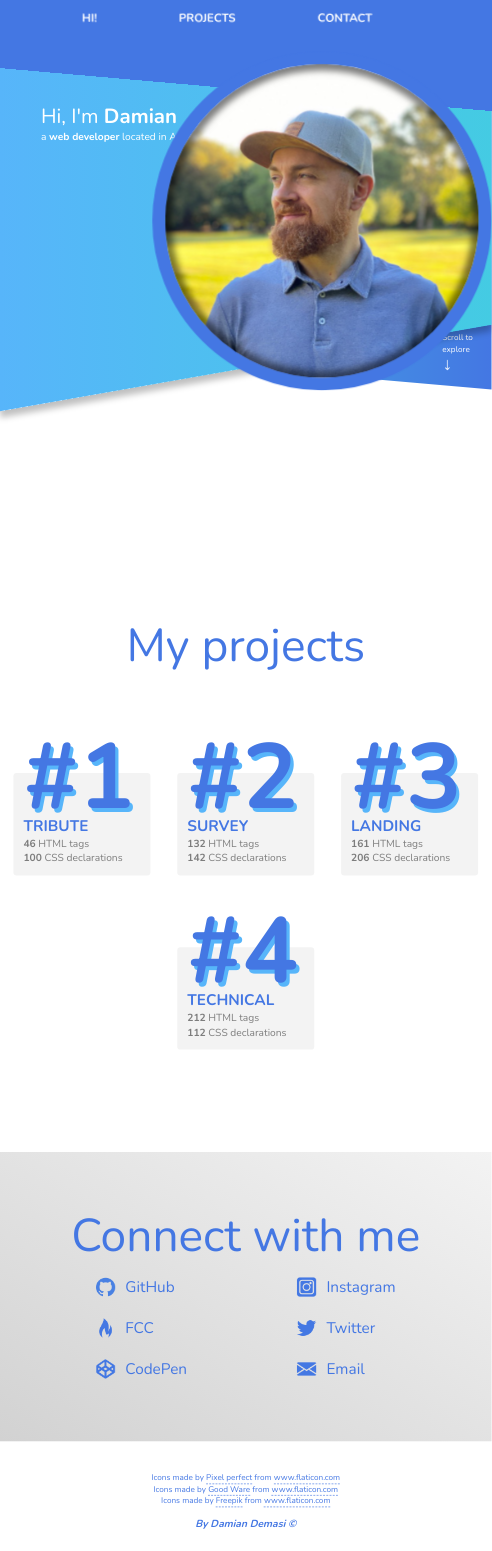
Repository: Colo-Codes/freecodecamp-05-Personal-Portfolio-Webpage
Page: index.html
The author's editor kept a copy of each file at every save. The page is drawn from the files as they stood at one save, then again after the next save.
The browser window is 768 px wide. The pictures show the whole page, at 64% of full size.

Above is the page before, as saved 2021-06-04 08:31:12.

### index.html
<!DOCTYPE html>
<html lang="en">

<head>
    <meta charset="UTF-8">
    <meta http-equiv="X-UA-Compatible" content="IE=edge">
    <meta name="viewport" content="width=device-width, initial-scale=1.0">
    <link rel="preconnect" href="https://fonts.gstatic.com">
    <link href="https://fonts.googleapis.com/css2?family=Nunito:wght@300;400;700&display=swap" rel="stylesheet">
    <link rel="stylesheet" href="./css/index.css">
    <title>Personal Portfolio Webpage</title>
</head>

<body>
    <header>
        <navbar id="navbar">
            <div id="navbar-container">
                <ul id="navbar-flex-container">
                    <li class="navbar-flex-item"><a href="#welcome-section">Hi!</a></li>
                    <li class="navbar-flex-item"><a href="#projects">Projects</a></li>
                    <li class="navbar-flex-item"><a href="#contact">Contact</a></li>
                </ul>
            </div>
        </navbar>
    </header>

    <section id="welcome-section">
        <div id="welcome-section-container">
            <div id="hero-img" role="img"
                aria-label="Damian's profile picture: he has a hat, beard, and he is looking left while standing on a green field.">
            </div>
            <div id="hero-text-container">
                <h1>Hi, I'm <strong>Damian</strong></h1>
                <p>a <strong>web developer</strong> located in Australia</p>
            </div>
        </div>
        <div id="top-layer"></div>
        <div id="bottom-layer">
            <div id="scroll-to-explore">
                <p>Scroll to explore</p>
                <img src="./img/down-arrow.png" alt="Arrow pointing down." height="40px">
            </div>
        </div>
    </section>

    <section id="projects">
        <h2>My projects</h2>
        <div id="project-card-flex-container">

            <div class="project-card">
                <div class="project-card-bg">
                    <div class="project-tile">
                        <a href="https://darthcolo.github.io/freecodecamp-01-Build-a-Tribute-Page/" target="_blank">
                            <h3>#1</h3>
                            <h4>Tribute</h4>
                        </a>
                    </div>
                    <div class="project-descr">
                        <p><strong>46</strong> HTML tags</p>
                        <p><strong>100</strong> CSS declarations</p>
                    </div>
                </div>
            </div>

            <div class="project-card">
                <div class="project-card-bg">
                    <div class="project-tile">
                        <a href="https://darthcolo.github.io/freecodecamp-02-Build-a-Survey-Form/" target="_blank">
                            <h3>#2</h3>
                            <h4>Survey</h4>
                        </a>
                    </div>
                    <div class="project-descr">
                        <p><strong>132</strong> HTML tags</p>
                        <p><strong>142</strong> CSS declarations</p>
                    </div>
                </div>
            </div>

            <div class="project-card">
                <div class="project-card-bg">
                    <div class="project-tile">
                        <a href="https://darthcolo.github.io/freecodecamp-03-Product-Landing-Page/" target="_blank">
                            <h3>#3</h3>
                            <h4>Landing</h4>
                        </a>
                    </div>
                    <div class="project-descr">
                        <p><strong>161</strong> HTML tags</p>
                        <p><strong>206</strong> CSS declarations</p>
                    </div>
                </div>
            </div>

            <div class="project-card">
                <div class="project-card-bg">
                    <div class="project-tile">
                        <a href="https://darthcolo.github.io/freecodecamp-04-Technical-Documentation-Page/" target="_blank">
                            <h3>#4</h3>
                            <h4>Technical</h4>
                        </a>
                    </div>
                    <div class="project-descr">
                        <p><strong>212</strong> HTML tags</p>
                        <p><strong>112</strong> CSS declarations</p>
                    </div>
                </div>
            </div>

        </div>
    </section>

    <section id="contact">
        <h2>Connect with me</h2>
        <div id="contact-networks">
            <div class="contact-networks-col">
                <a href="https://github.com/Darthcolo" id="profile-link" target="_blank"><img src="./img/github.png"
                        width="30px"><span>GitHub</span></a>
                <a href="https://www.freecodecamp.org/darthcolo" id="profile-link-fcc" target="_blank"><img src="./img/fire.png"
                        width="30px"><span>FCC</span></a>
                <a href="https://codepen.io/Darthcolo" id="profile-link-codepen" target="_blank"><img src="./img/3d-outlined-shape.png"
                        width="30px"><span>CodePen</span></a>
            </div>
            <div class="contact-networks-col">
                <a href="https://www.instagram.com/colo.codes/" id="profile-link-instagram" target="_blank"><img src="./img/instagram.png"
                        width="30px"><span>Instagram</span></a>
                <a href="https://twitter.com/DamianDemasi" id="profile-link-twitter" target="_blank"><img src="./img/twitter.png"
                        width="30px"><span>Twitter</span></a>
                <a href="mailto:damian.demasi.1@gmail.com" id="profile-link-email" target="_blank"><img
                        src="./img/email.png" width="30px"><span>Email</span></a>
            </div>
        </div>
    </section>

    <footer>
        <div>Icons made by <a href="https://www.flaticon.com/authors/pixel-perfect" title="Pixel perfect" target="_blank">Pixel
                perfect</a> from <a href="https://www.flaticon.com/" title="Flaticon" target="_blank">www.flaticon.com</a></div>
        <div>Icons made by <a href="https://www.flaticon.com/authors/good-ware" title="Good Ware" target="_blank">Good Ware</a> from <a
                href="https://www.flaticon.com/" title="Flaticon" target="_blank">www.flaticon.com</a></div>
        <div>Icons made by <a href="https://www.freepik.com" title="Freepik" target="_blank">Freepik</a> from <a
                href="https://www.flaticon.com/" title="Flaticon" target="_blank">www.flaticon.com</a></div>
        <p>By Damian Demasi &copy;</p>
    </footer>
</body>

</html>

### css/index.css
/* @media */

/* The height of the welcome section should be equal to the height of the viewport. */

/* The navbar should always be at the top of the viewport. */

/* Border-box and font-size */
html {
    box-sizing: border-box;
    font-size: 16px;
}
body {
    font-family: 'Nunito', sans-serif;
}

/* Reset margins and set global values */

*, *::before, *::after {
    box-sizing: inherit;
    margin: 0;
    padding: 0;
}

a:link {
    text-decoration: none;
}

/* Navbar */

#navbar {
    display: block;
    background-color: #4477E3;
    /* 1rem = 16px -> 18.75rem = 300px */
    height: 18.75rem;
    width: 100%;
    transform: skewY(5deg) translateY(-10rem);
    position: fixed;
    z-index: 4;

}
#navbar-container {
    max-width: 90rem;
    margin: auto;

}

#navbar-flex-container {
    display: flex;
    /* align-items: center; */
    /* justify-content: space-around; */
    height: 100%;
    transform: skewY(-5deg) translateY(5rem);
    z-index: 4;
}
.navbar-flex-item {
    list-style: none;
    margin: 6rem 0 0 8rem;
    font-style: normal;
    font-weight: bold;
    font-size: 1.125rem;
    text-transform: uppercase;
    color: white;

}

#navbar a:link, #navbar a:visited {
    color: white;
}

#navbar a:hover, #navbar a:active, #navbar a:focus {
    border-bottom: 1px dashed white;
}

/* Hero */

#welcome-section {
    height: 200vh;
}

#welcome-section-container {
    /* 1440px = 90rem */
    max-width: 90rem;
    height: 40rem;
    margin: auto;
    position: relative;
}

#hero-text-container h1 {
    padding-top: 17rem;
    margin-left: 8rem;
    font-size: 4.5rem;
    font-weight: 300;
    color: white;
}

#hero-text-container > p {
    margin-left: 8rem;
    font-size: 2.25rem;
    color: white;
    font-weight: 300;
}

#hero-text-container {
    position: relative;
    z-index: 3;
}

@media screen and (max-width: 1350px) {
    #hero-text-container h1 {
        padding-top: 15rem;
        margin-left: 6rem;
        font-size: 3.5rem;
    }

    #hero-text-container > p {
        margin-left: 6rem;
        font-size: 2rem;
    }

}

@media screen and (max-width: 1050px) {
    #hero-text-container h1 {
        padding-top: 10rem;
        margin-left: 5rem;
        font-size: 2.5rem;
    }

    #hero-text-container > p {
        margin-left: 5rem;
        font-size: 1.5rem;
    }
}

@media screen and (max-width: 850px) {
    #hero-text-container h1 {
        padding-top: 10rem;
        margin-left: 4rem;
        font-size: 2rem;
    }

    #hero-text-container > p {
        margin-left: 4rem;
        font-size: 1rem;
    }
}

#hero-img {
    top: 5rem;
    right: 0rem;
    border-radius: 50%;
    width: 33.125rem;
    height: 33.125rem;
    border: 20px solid #4477E3;
    background: url(../img/6D5BF231-2A3E-4029-9EFE-9C82AF0D506F_1_105_c.jpeg);
    background-position: center;
    background-size: contain;
    background-repeat: no-repeat;
    box-shadow: inset 0px 0px 10px 10px rgba(0, 0, 0, 0.5);
    position: absolute;
    z-index: 5;
}

#top-layer {
    background: #57B5FA; /* fallback for old browsers */
    background: -webkit-linear-gradient(to left, #44CBE3, #57B5FA);  /* Chrome 10-25, Safari 5.1-6 */
    background: linear-gradient(to left, #44CBE3, #57B5FA); /* W3C, IE 10+/ Edge, Firefox 16+, Chrome 26+, Opera 12+, Safari 7+ */
    /* 1rem = 16px -> 60.31rem = 865px + 100px */
    /* height: 60.31rem; */
    height: 100vh;
    width: 100%;
    transform: skewY(-10deg) translateY( -54.06rem );
    box-shadow: 0px 10px 10px rgba(0, 0, 0, 0.25);
    position: relative;
    z-index: 2;

}

#bottom-layer {
    background: #4477E3; /* fallback for old browsers */
    background: -webkit-linear-gradient(to right, #44CBE3, #4477E3);  /* Chrome 10-25, Safari 5.1-6 */
    background: linear-gradient(to right, #44CBE3, #4477E3); /* W3C, IE 10+/ Edge, Firefox 16+, Chrome 26+, Opera 12+, Safari 7+ */
    /* 1rem = 16px -> 54.06rem = 865px */
    height: 54.06rem;
    width: 100%;
    transform: skewY(5deg) translateY(-108.12rem); /* 54.06 * 2 */
    position: relative;
    z-index: 1;

}

#scroll-to-explore {
    position: relative;
    top: 90%;
    margin-left: 90%;
    transform: skewY(-5deg);

}

#scroll-to-explore > p {
    font-size: .8rem;
    color: white;
    font-weight: 300;

}

#scroll-to-explore > img {
    margin-top: .5rem;
    filter: invert(1);
    height: 1rem;
}

/* Projects */

#projects {
    max-width: 62.72rem;
    margin: -100vh auto 0;
    padding-top: 10rem;
}

#project-card-flex-container {
    display: flex;
    justify-content: space-around;
    flex-wrap: wrap;
}

#projects h2 {
    color: #4477E3;
    font-size: 4.5rem;
    font-weight: 300;
    text-align: center;
    margin-bottom: 3.375rem;
}

.project-card {
    display: block;
    width: 13.43rem;
    height: 15rem;
    transition: .3s;
    margin: 1rem;

}

.project-card:hover {
    background: #F3F3F3;
    background-color: #F3F3F3;
    box-shadow: 0px 10px 30px 3px rgba(0, 0, 0, 0.25);
    border-radius: 5px;
    transition: linear;
    transition: .3s;
}

.project-card-bg {
    margin-top: 5rem;
    height: 10rem;
    background-color: #F3F3F3;
    border-radius: 5px;
    position: relative;
}

.project-card-bg div {
    margin-left: 1rem;
}

.project-tile {
    position: relative;
    top: -4rem;
}

.project-descr {
    position: relative;
    top: -4rem;
    color: #7D7D7D;
}

.project-tile h3 {
    font-weight: 700;
    font-size: 9rem;
    line-height: 1;
    text-shadow: 5px 5px #57B5FA;

}

.project-tile h4 {
    margin-top: -1rem;
    font-size: 1.5rem;
    text-transform: uppercase;
    line-height: 1.5;
}

.project-tile a {
    color: #4477E3;
}

/* Contact */

#contact {
    margin-top: 9rem;
    padding: 5.06rem 0;
    width: 100%;
    height: 100%;
    background: #F3F3F3; /* fallback for old browsers */
    background: -webkit-linear-gradient(to top right, #d2d2d2, #F3F3F3);  /* Chrome 10-25, Safari 5.1-6 */
    background: linear-gradient(to top right, #d2d2d2, #F3F3F3); /* W3C, IE 10+/ Edge, Firefox 16+, Chrome 26+, Opera 12+, Safari 7+ */
}

#contact h2 {
    font-size: 4.5rem;
    font-weight: 300;
    color: #4477E3;
    text-align: center;
}

#contact-networks {
    max-width: 40rem;
    display: flex;
    margin: auto;
    justify-content: space-around;
    flex-wrap: wrap;
}

.contact-networks-col {
    display: flex;
    flex-direction: column;
    margin: 0 2rem;
}

.contact-networks-col a {
    font-size: 1.5rem;
    color: #4477E3;
    display: flex;
    align-items: center;
    padding: 1rem;
}

.contact-networks-col a:hover, .contact-networks-col a:active {
    color: white;
    background-color: #4477E3;
}
.contact-networks-col a:hover img, .contact-networks-col a:active img {
    filter: invert(100%) sepia(0%) saturate(7500%) hue-rotate(26deg) brightness(100%) contrast(150%);;
}

.contact-networks-col img {
    margin-right: 1rem;
    filter: invert(37%) sepia(98%) saturate(969%) hue-rotate(201deg) brightness(94%) contrast(89%);
}

/* Footer */

footer {
    color: #4477E3;
    padding-top: 3rem;
    margin-bottom: 2rem;
    text-align: center;
}

footer a:link, footer a:visited {
    color: #4477E3;
    border-bottom: 1px dashed #4477E3;
}

footer a:hover, footer a:active, footer a:focus {
    color: #57B5FA;
    border-bottom: 1px dashed #57B5FA;
}

footer div {
    font-size: .8rem;
}

footer p {
    font-weight: 700;
    font-style: italic;
    margin-top: 1rem;
}

After the next save:
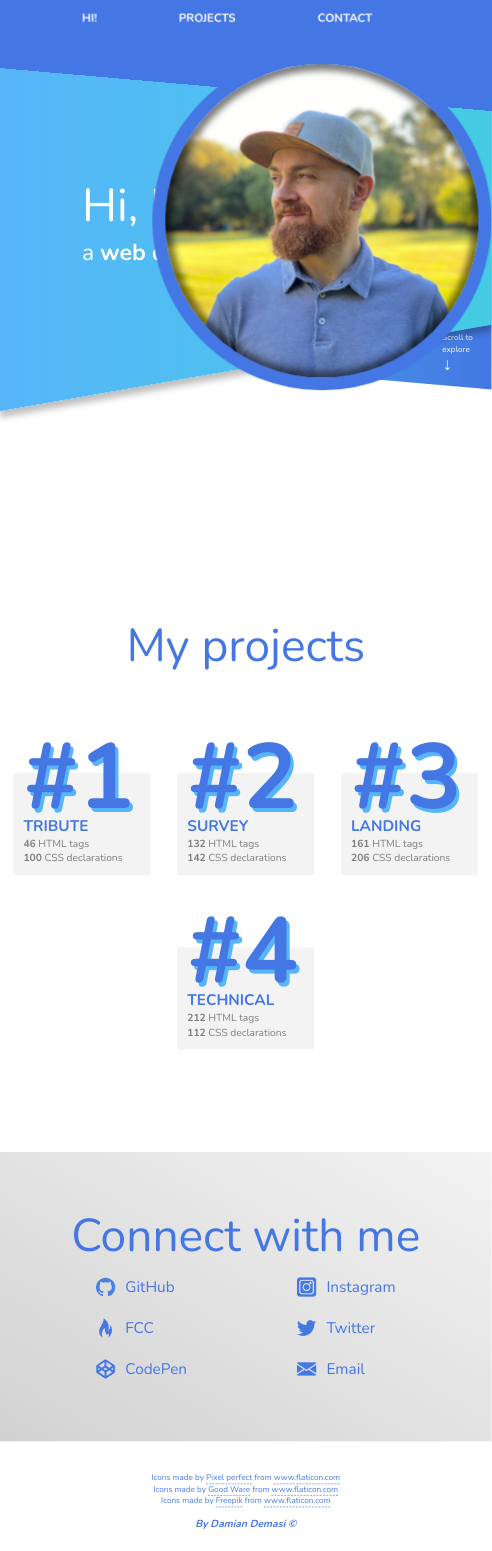
Saved 94 s later.
--- a/css/index.css
+++ b/css/index.css
@@ -23,6 +23,60 @@ body {
 
 a:link {
     text-decoration: none;
+}
+
+/* Media queries */
+
+
+@media screen and (max-width: 1350px) {
+    #hero-text-container h1 {
+        padding-top: 15rem;
+        margin-left: 6rem;
+        font-size: 3.5rem;
+    }
+
+    #hero-text-container > p {
+        margin-left: 6rem;
+        font-size: 2rem;
+    }
+
+}
+
+@media screen and (max-width: 1050px) {
+    #hero-text-container h1 {
+        padding-top: 10rem;
+        margin-left: 5rem;
+        font-size: 2.5rem;
+    }
+
+    #hero-text-container > p {
+        margin-left: 5rem;
+        font-size: 1.5rem;
+    }
+}
+
+@media screen and (max-width: 850px) {
+    #hero-text-container h1 {
+        padding-top: 10rem;
+        margin-left: 4rem;
+        font-size: 2rem;
+    }
+
+    #hero-text-container > p {
+        margin-left: 4rem;
+        font-size: 1rem;
+    }
+
+    .navbar-flex-item {
+        list-style: none;
+        margin: 6rem auto 0;
+        font-style: normal;
+        font-weight: bold;
+        font-size: 1.125rem;
+        text-transform: uppercase;
+        color: white;
+
+    }
 }
 
 /* Navbar */
@@ -103,46 +157,6 @@ a:link {
 #hero-text-container {
     position: relative;
     z-index: 3;
-}
-
-@media screen and (max-width: 1350px) {
-    #hero-text-container h1 {
-        padding-top: 15rem;
-        margin-left: 6rem;
-        font-size: 3.5rem;
-    }
-
-    #hero-text-container > p {
-        margin-left: 6rem;
-        font-size: 2rem;
-    }
-
-}
-
-@media screen and (max-width: 1050px) {
-    #hero-text-container h1 {
-        padding-top: 10rem;
-        margin-left: 5rem;
-        font-size: 2.5rem;
-    }
-
-    #hero-text-container > p {
-        margin-left: 5rem;
-        font-size: 1.5rem;
-    }
-}
-
-@media screen and (max-width: 850px) {
-    #hero-text-container h1 {
-        padding-top: 10rem;
-        margin-left: 4rem;
-        font-size: 2rem;
-    }
-
-    #hero-text-container > p {
-        margin-left: 4rem;
-        font-size: 1rem;
-    }
 }
 
 #hero-img {
